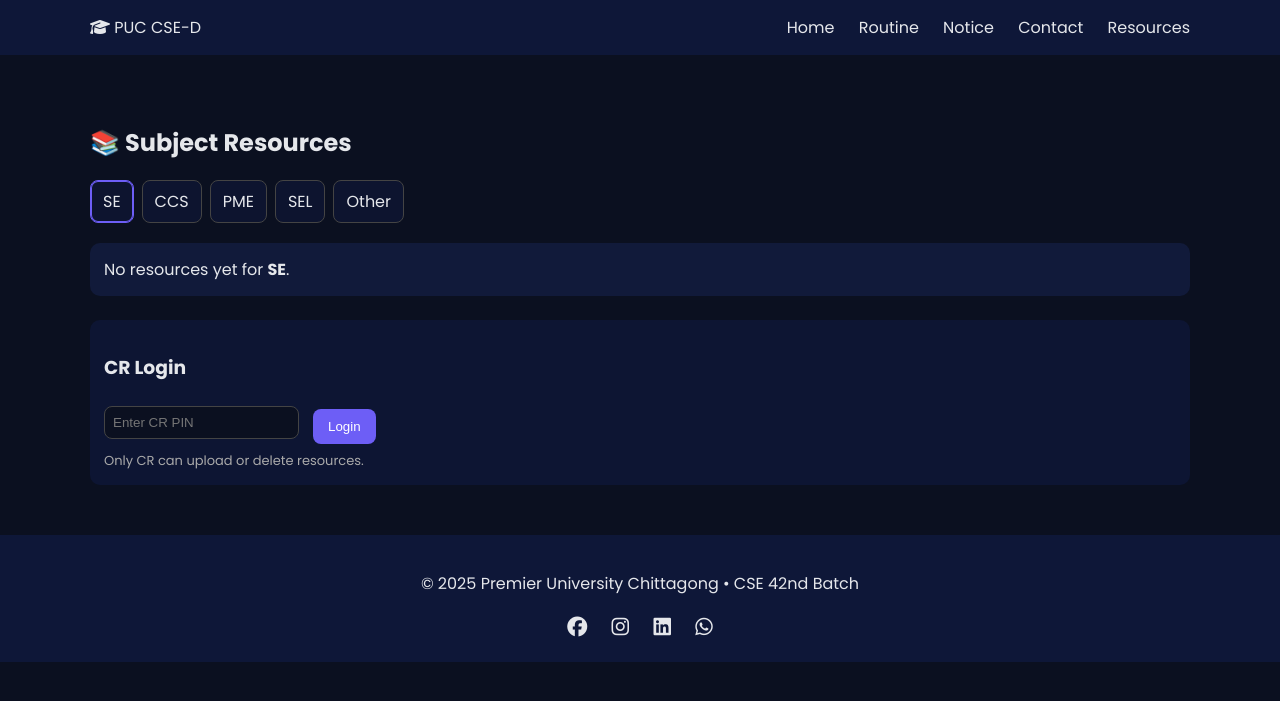
Repository: naimuddin1190/puc-class-management
Page: http://localhost/resources.php?subject=CN
An editor plug-in stored every save of this project. The page is shown before and after the next save, followed by the edit.
The browser window is 1280 px wide. The pictures show the whole page.
The page is run by PHP 8.4 with error messages shown; the project is at /var/www/html/. The database holds what the project's SQL file puts in it.

Above is the page before, as saved 2025-09-02 22:00:54.

After the next save:
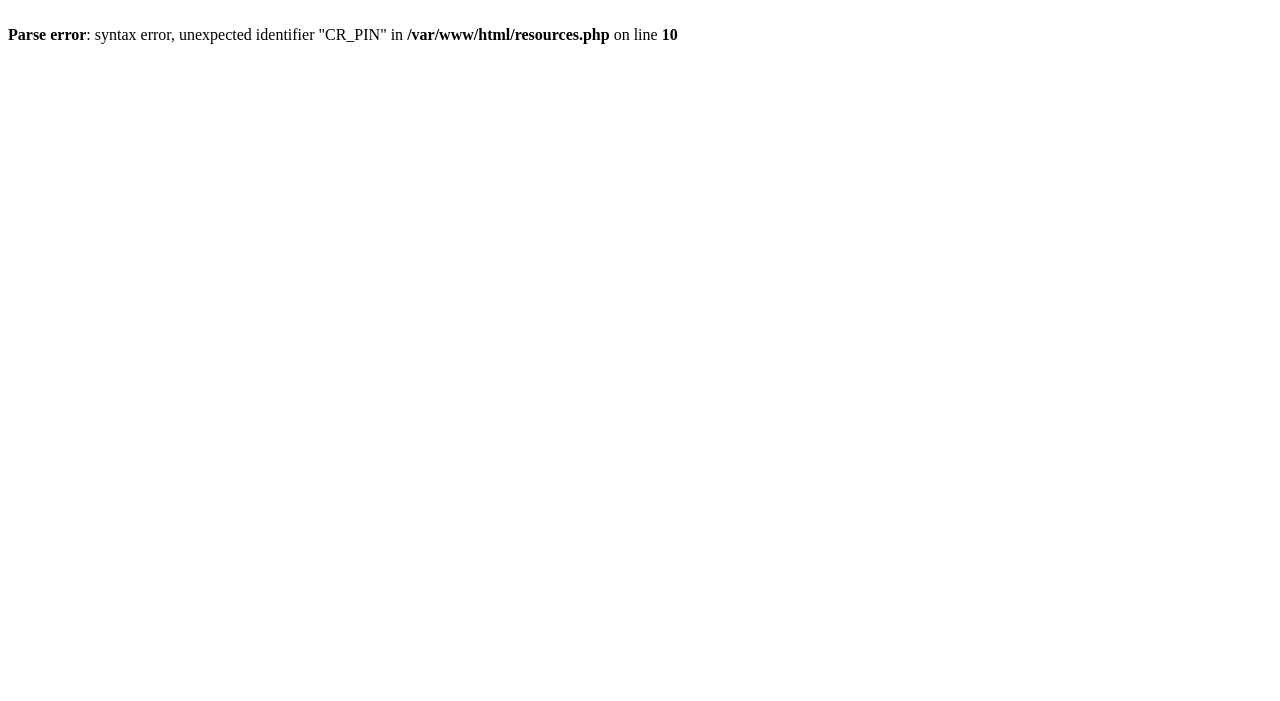
Saved 8 min 36 s later.
--- a/resources.php
+++ b/resources.php
@@ -7,7 +7,7 @@
 // CR login (simple PIN)
 $login_error = '';
 if (isset($_POST['cr_login_pin'])) {
-  if ($_POST['cr_login_pin'] === CR_PIN) {
+  if ($_POST['cr_login_pin'] === ""CR_PIN"") {
     $_SESSION['is_cr'] = true;
     header("Location: resources.php");
     exit;

After the 2 saves that followed:
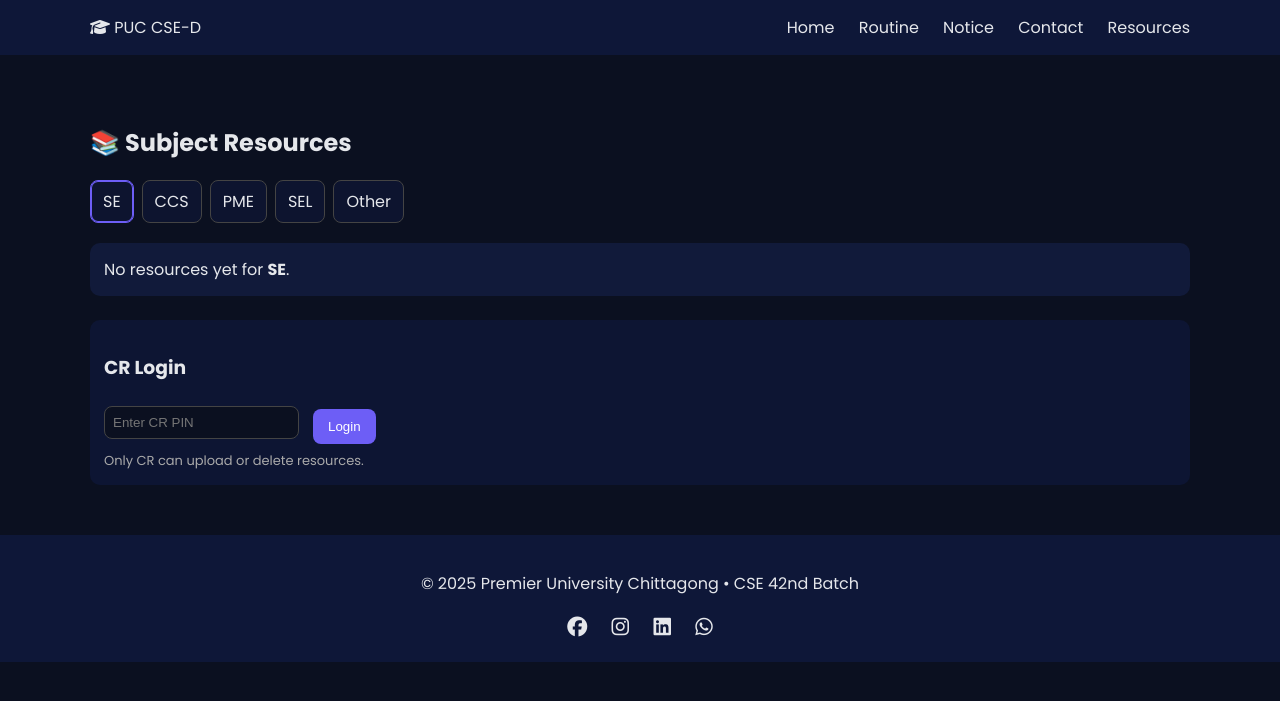
The 2 saves are shown as one change because they came seconds apart.
The last was saved 8 s later.
--- a/resources.php
+++ b/resources.php
@@ -7,7 +7,7 @@
 // CR login (simple PIN)
 $login_error = '';
 if (isset($_POST['cr_login_pin'])) {
-  if ($_POST['cr_login_pin'] === ""CR_PIN"") {
+  if ($_POST['cr_login_pin'] === "CR_PIN") {
     $_SESSION['is_cr'] = true;
     header("Location: resources.php");
     exit;
